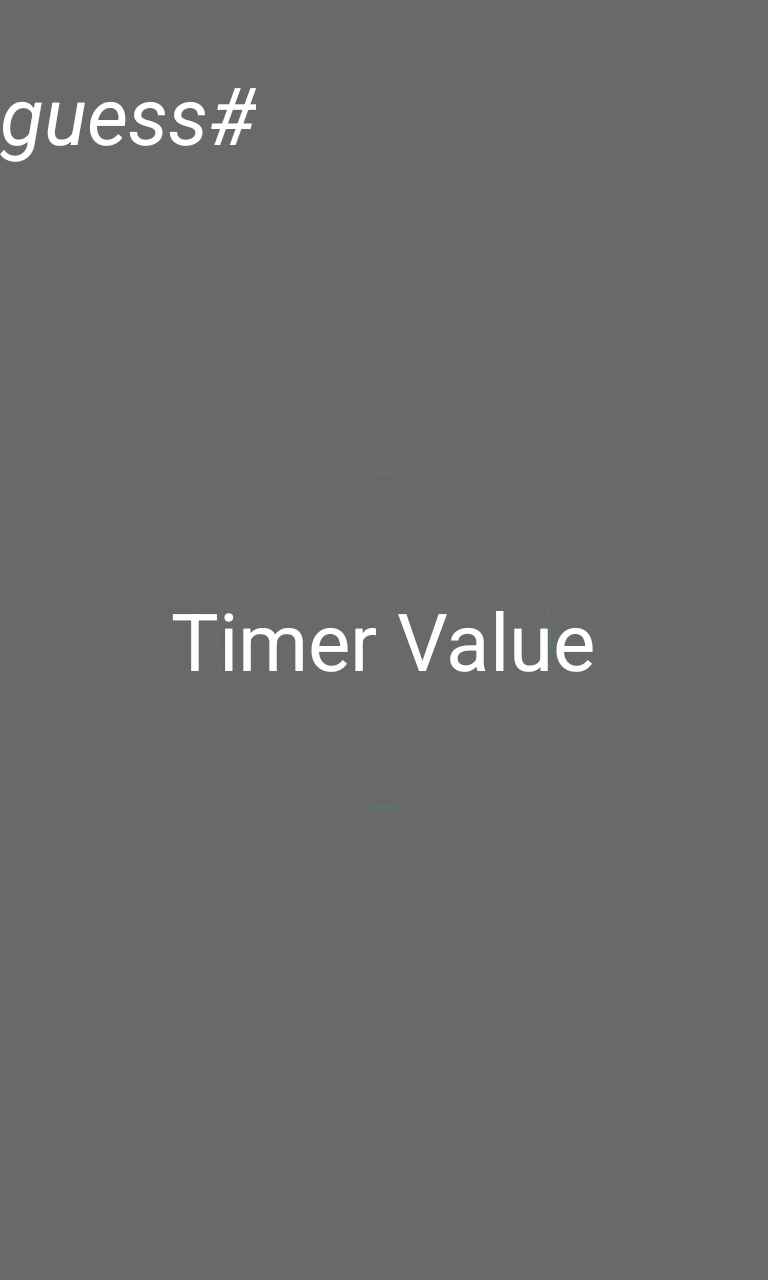
Repository: Hannanina/GuessTag
Layout: GuessTag/res/layout/activity_timer.xml
These files come from the project's save history. The layout is drawn as it stood at one moment and after the next save; the edit follows.
It is drawn on a 768 x 1280 px phone screen (xhdpi) without system bars, with theme AppTheme; the app's code is not run.

Above is the layout before, as saved 2014-12-18 14:20:52.

After the next save:
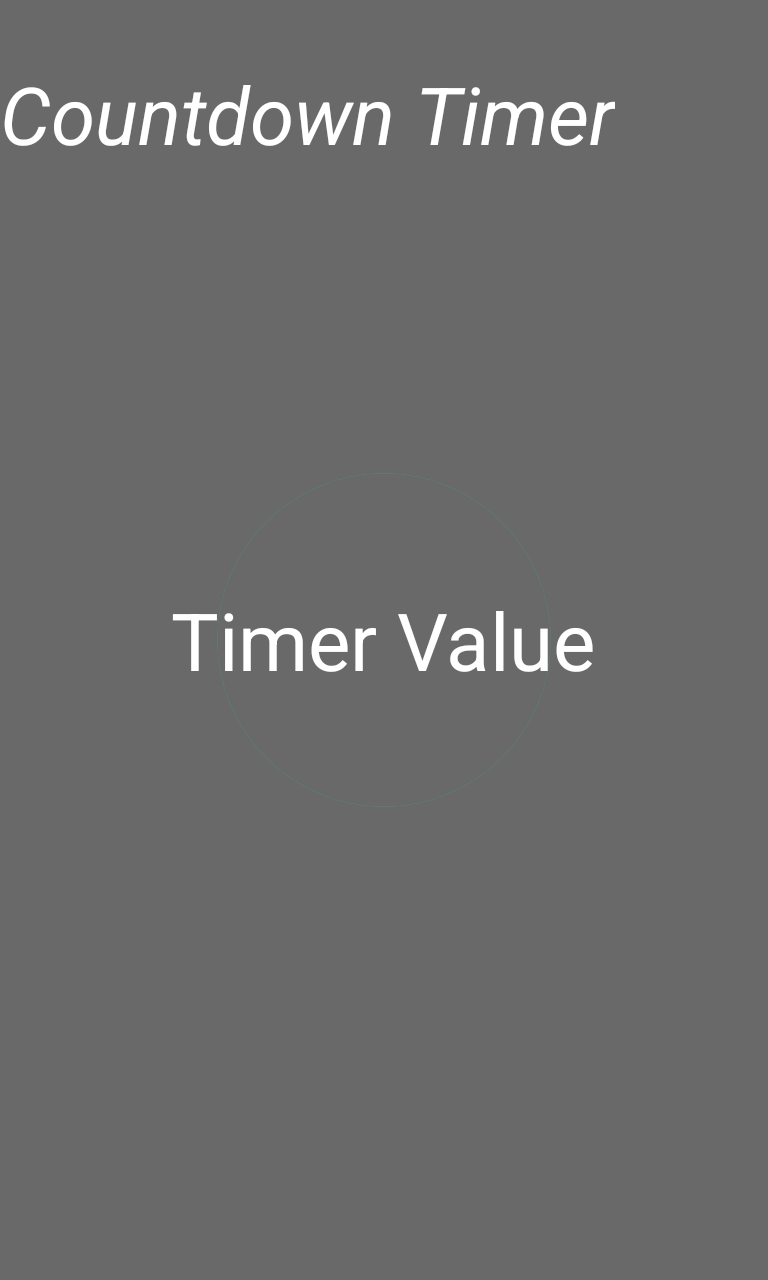
Saved 4 s later.
--- a/GuessTag/res/layout/activity_timer.xml
+++ b/GuessTag/res/layout/activity_timer.xml
@@ -12,7 +12,7 @@
         android:layout_width="wrap_content"
 	    android:layout_height="wrap_content"
 	    android:layout_gravity="center"
-	    android:text="@string/start_heading"
+	    android:text="@string/timer_heading"
 	    android:textStyle="italic"
 	    android:textSize="40sp"
 	    android:textColor="@color/White">
